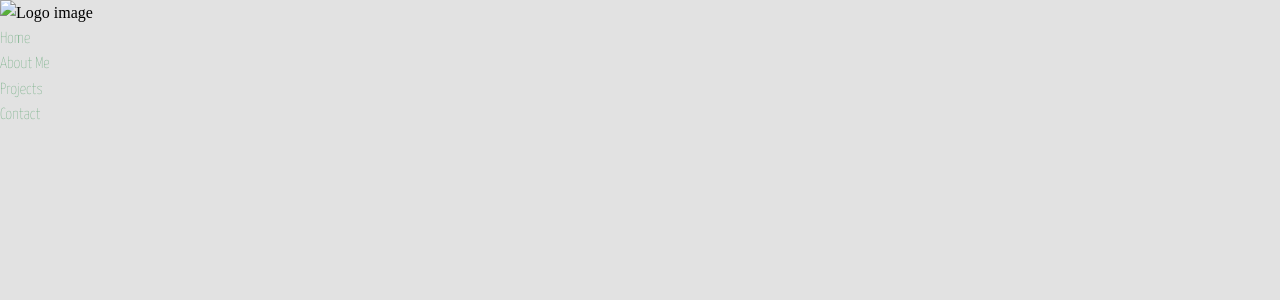
Repository: TrellixVulnTeam/pre-work_928R
Page: deploy/index.html
The author's editor kept a copy of each file at every save. The page is drawn from the files as they stood at one save, then again after the next save.
The browser window is 1280 px wide. The pictures show the whole page.
Some web libraries are served in a nearby version. The style sheet was rebuilt from its Sass, Less or Tailwind sources for each picture, by a compiler version that may differ from the author's.

Above is the page before, as saved 2022-04-18 18:15:48.

### deploy/index.html
<!DOCTYPE html>
<html lang="en">
  <head>
    <meta charset="UTF-8" />
    <meta http-equiv="X-UA-Compatible" content="IE=edge" />
    <meta name="viewport" content="width=device-width, initial-scale=1.0, minimum-scale=1, maximum-scale=1" />
    <title>Nicholas Shaffer | Web Dev & Business Consulting</title>
    <link rel="stylesheet" href="css/main.css" />
    <!-- Font Awesome -->
    <script src="https://kit.fontawesome.com/5331b7bb54.js" crossorigin="anonymous"></script>
    <!-- Google Fonts -->
    <style>
      @import url("https://fonts.googleapis.com/css2?family=Catamaran:wght@100;200&family=Dosis:wght@200&family=Yanone+Kaffeesatz:wght@200&display=swap");
    </style>
  </head>

  <!-- Main -->
  <body>
    <!-- Header Section-->
    <header id="header-home">
      <div class="container">
        <nav id="main-nav">
          <img src="#" alt="Logo image" id="logo" />
          <ul>
            <li><a href="index.html" class="current">Home</a></li>
            <li><a href="about.html" class="current">About Me</a></li>
            <li><a href="work.html" class="current">Projects</a></li>
            <li><a href="contact.html" class="current">Contact</a></li>
          </ul>
        </nav>
        <div class="header-content"></div>
      </div>
  </body>
</html>

### scss/main.scss
// Variables
$website-width: 1280px;
$backdrop: #e2e2e2;
$shading: #f5f5f5;
$mainText: #227396;
$secondaryText: #71091e;
$tertiaryText: #605f5e;
$linkText: #71ad82;
$heroImage: url(#);


// General Stylings
* {
    margin: 0;
    padding: 0;
}

html,
body {
    background: $backdrop;
    line-height: 1.6;
}

a, li {
    text-decoration: none;
    color: $linkText;
    font-family: 'Yanone Kaffeesatz', sans-serif;
}

h1 {
    color: $mainText;
    font-size: x-large;
    font-family: 'Catamaran', sans-serif;
}

h2 {
    color: $secondaryText;
    font-size: larger;
    font-family: 'Catamaran', sans-serif;
}

p {
    color: $tertiaryText;
    font-size: medium;
    font-family: 'Dosis', sans-serif;
}

After the next save:
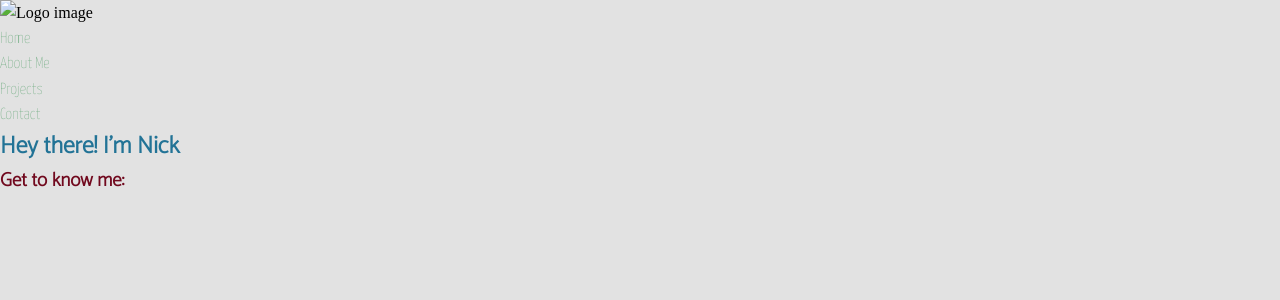
Saved 59 s later.
--- a/deploy/index.html
+++ b/deploy/index.html
@@ -28,7 +28,10 @@
             <li><a href="contact.html" class="current">Contact</a></li>
           </ul>
         </nav>
-        <div class="header-content"></div>
+        <div class="header-content">
+          <h1>Hey there! I'm Nick</h1>
+          <h2>Get to know me:</h2>
+        </div>
       </div>
   </body>
 </html>
